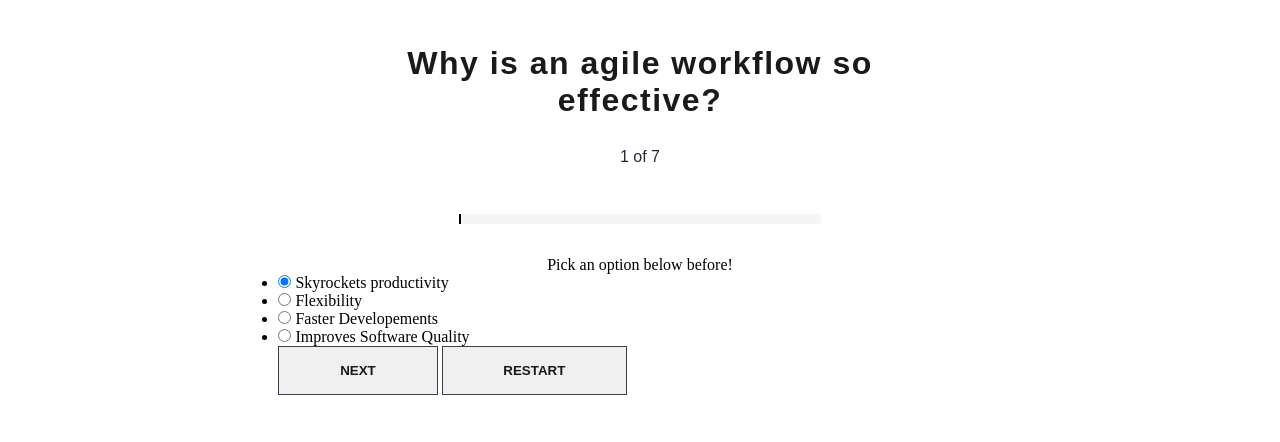
Repository: mukiSabljakovic/Quiz-APP
Page: index.html
The author's editor kept a copy of each file at every save. The page is drawn from the files as they stood at one save, then again after the next save.
The browser window is 1280 px wide. The pictures show the whole page.
Some web fonts or font styles are not loaded; a fallback is used.

Above is the page before, as saved 2020-05-01 12:00:31.

After the next save:
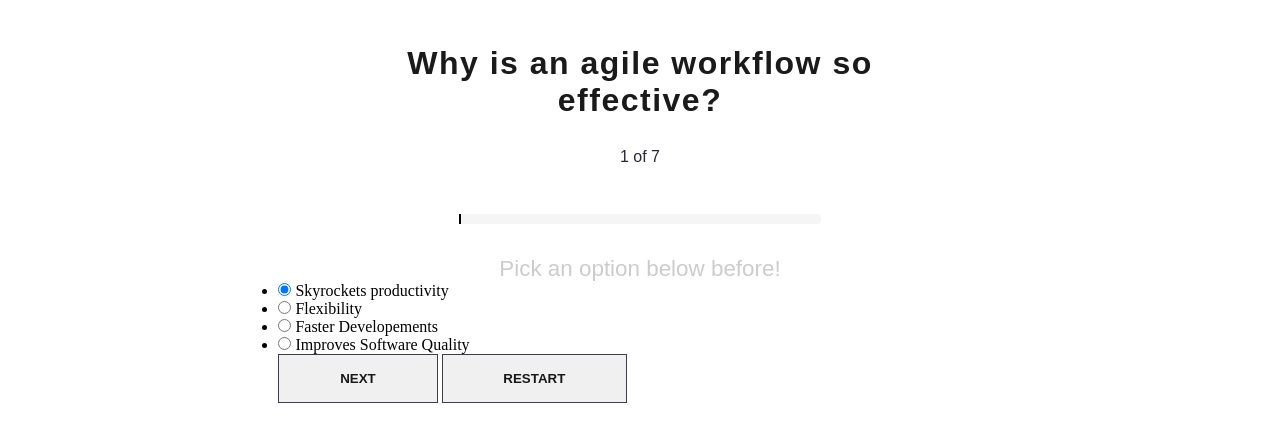
Saved 80 s later.
--- a/css/style.css
+++ b/css/style.css
@@ -68,6 +68,12 @@
     padding: 1rem;
 }
 
+.jabquiz__tagline {
+    font-family: var(--font-body-stack);
+    color: var(--light-gray);
+    font-size: 1.4rem;
+}
+
 .progress {
     border-radius: 4px;
     margin: 2rem auto;
